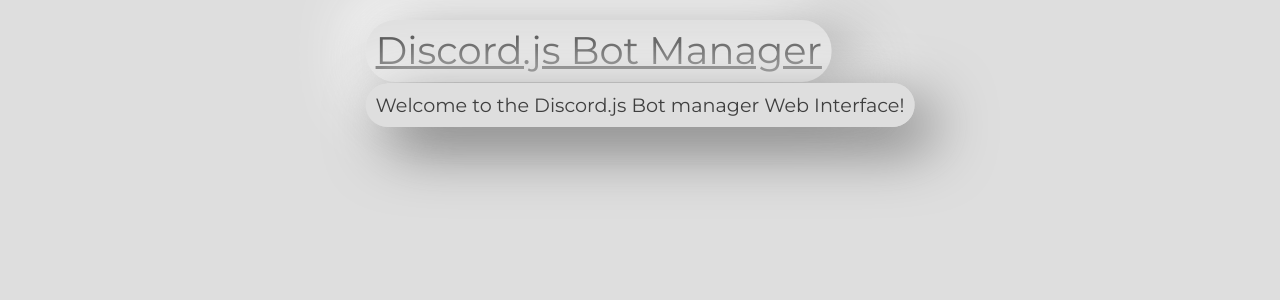
Repository: O-Schell/Discord-Bot-Manager
Page: Web_Interface/main.HTML
An editor plug-in stored every save of this project. The page is shown before and after the next save, followed by the edit.
The browser window is 1280 px wide. The pictures show the whole page.
The style sheet was rebuilt from its Sass, Less or Tailwind sources for each picture, by a compiler version that may differ from the author's.

Above is the page before, as saved 2020-11-24 20:04:23.
Not found: Web_Interface/script.js

After the next save:
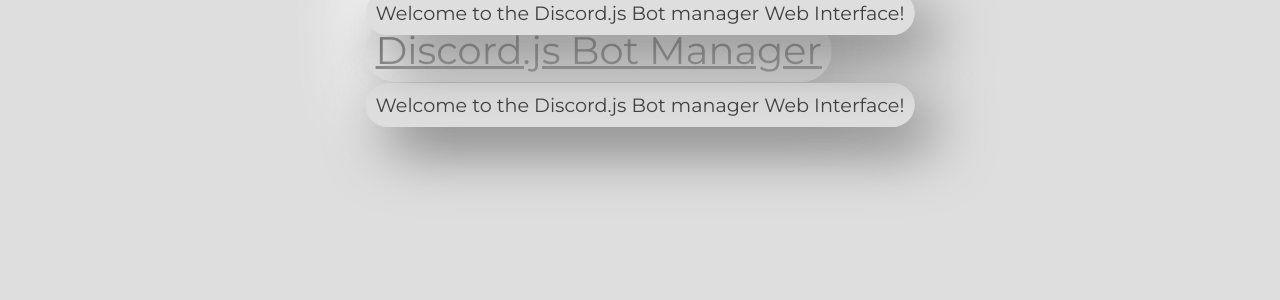
Saved 31 s later.
--- a/Web_Interface/main.HTML
+++ b/Web_Interface/main.HTML
@@ -1,19 +1,23 @@
 <!DOCTYPE html>
 <html lang="fr">
+  <head>
+    <meta charset="utf-8" />
+    <title>Bot Manager</title>
+    <link rel="stylesheet" href="style.css" />
+    <script src="script.js"></script>
+  </head>
 
-<head>
-  <meta charset="utf-8" />
-  <title>Bot Manager</title>
-  <link rel="stylesheet" href="style.css" />
-  <script src="script.js"></script>
-</head>
-
-<body>
-  <div class="title">
-    <h1 class="neumorphism"><u>Discord.js Bot Manager</u></h1>
-    <p1 class="neumorphism">Welcome to the Discord.js Bot
-      manager Web Interface!</p1>
-  </div>
-</body>
-
+  <body>
+    <div class="title">
+      <h1 class="neumorphism"><u>Discord.js Bot Manager</u></h1>
+      <p1 class="neumorphism"
+        >Welcome to the Discord.js Bot manager Web Interface!</p1
+      >
+    </div>
+    <div class="title">
+      <p1 class="neumorphism"
+        >Welcome to the Discord.js Bot manager Web Interface!</p1
+      >
+    </div>
+  </body>
 </html>
